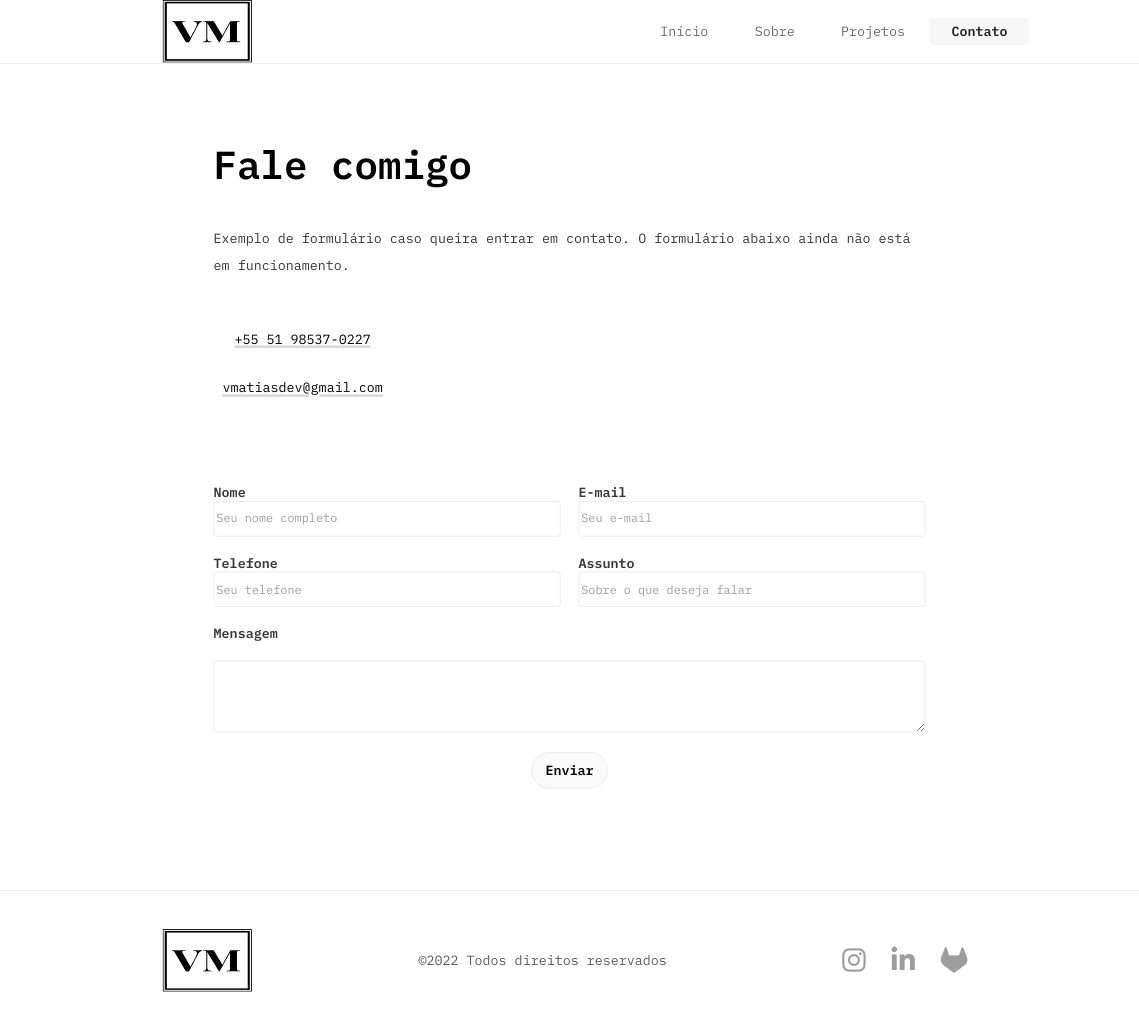
Repository: viictormatias/viictormatias.github.io
Page: contact.html
An editor plug-in stored every save of this project. The page is shown before and after the next save, followed by the edit.
The browser window is 1280 px wide. The pictures show the whole page, at 89% of full size.
Some web libraries are served in a nearby version.

Above is the page before, as saved 2023-01-23 07:47:48.

After the next save:
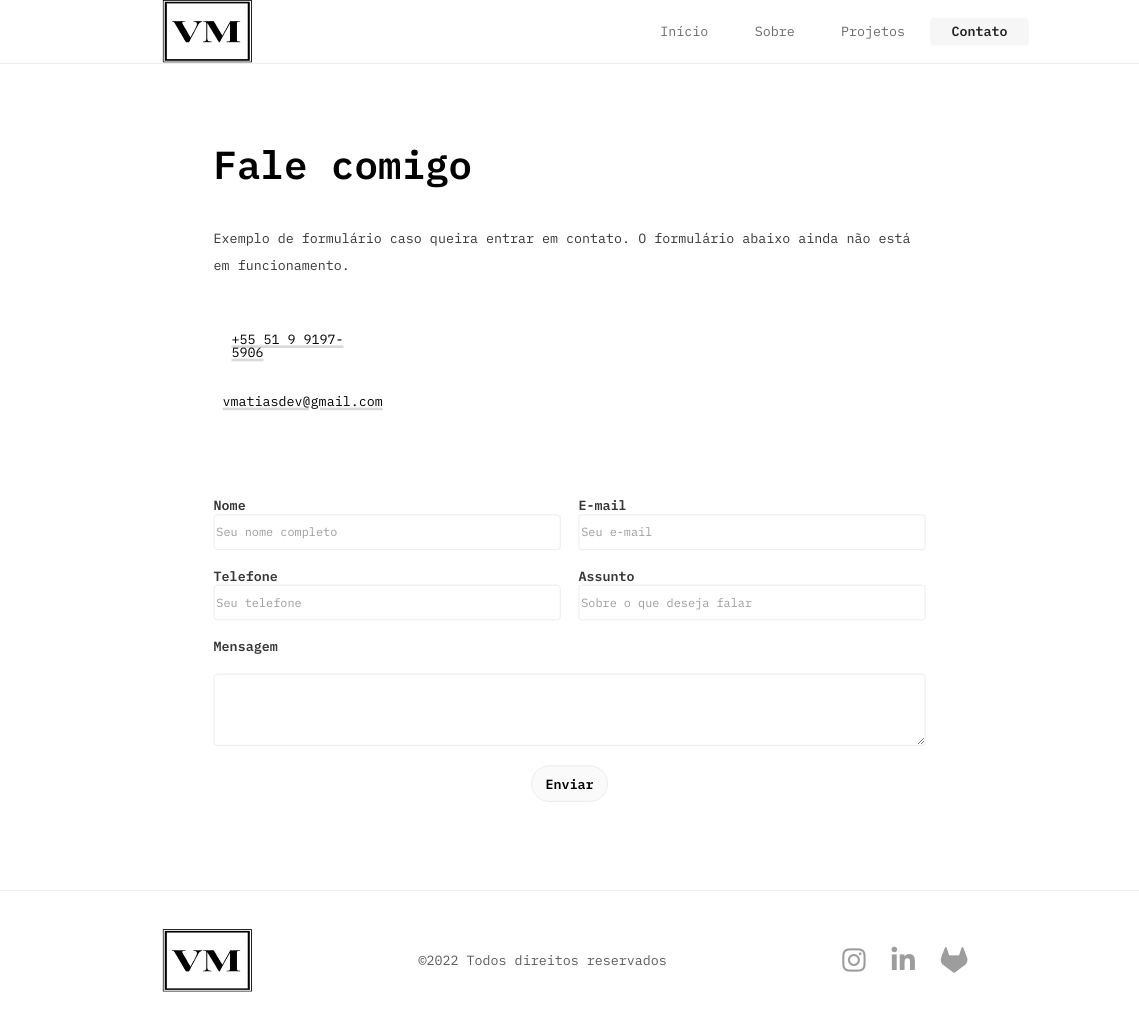
Saved 110 min 41 s later.
--- a/contact.html
+++ b/contact.html
@@ -50,7 +50,7 @@
             <h1 class="projects__h1">Fale comigo</h1>
             <p class="projects__text">Exemplo de formulário caso queira entrar em contato. O formulário abaixo ainda não está em funcionamento.</p>
             <div class="mailtel">
-                <p class="info">+55 51 98537-0227</p>
+                <p class="info">+55 51 9 9197-5906</p>
                 <p class="info">vmatiasdev@gmail.com</p>
             </div>
         </div>
